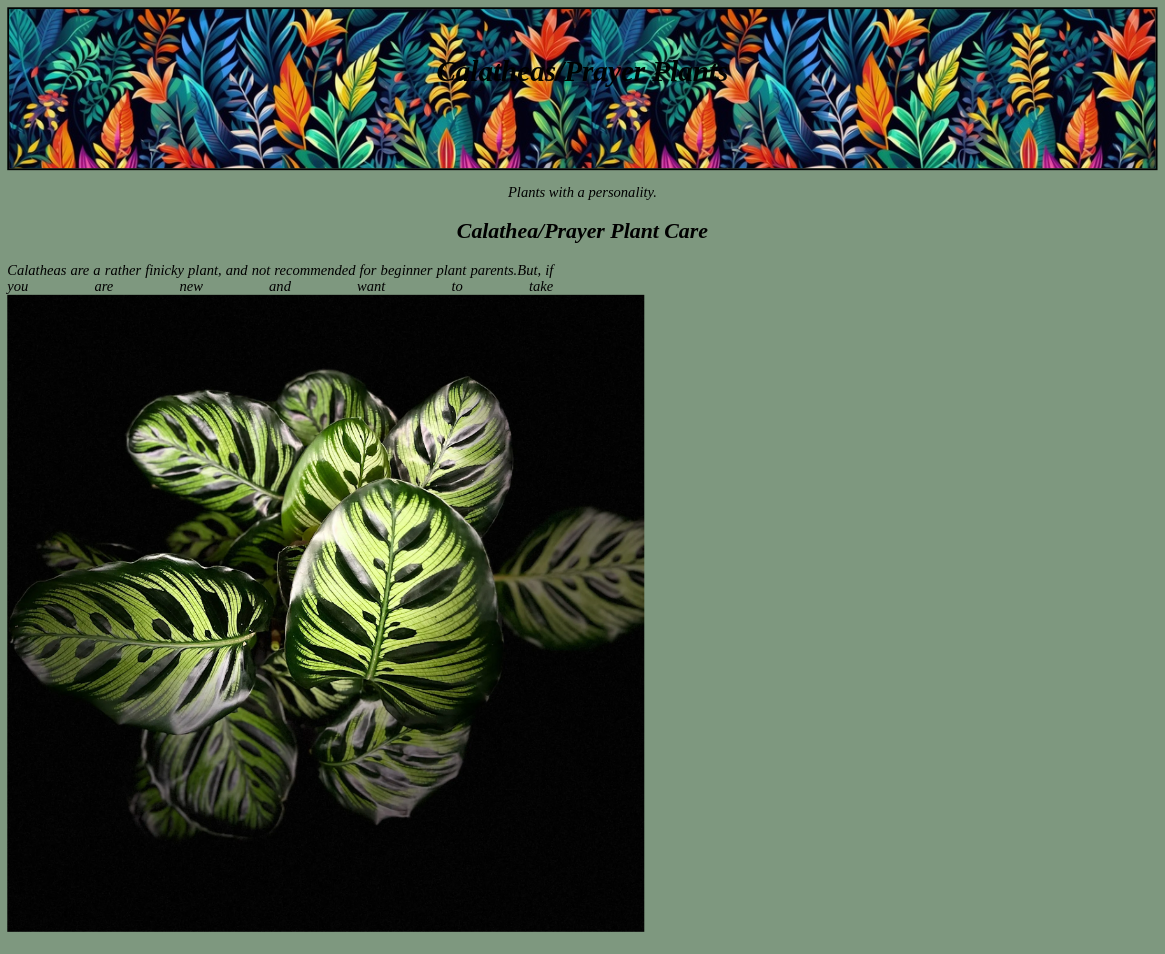
Repository: swillis91/odin-recipies
Page: Planty Page/calatheas.html
The author's editor kept a copy of each file at every save. The page is drawn from the files as they stood at one save, then again after the next save.
The browser window is 1280 px wide. The pictures show the whole page, at 91% of full size.

Above is the page before, as saved 2023-08-11 00:12:42.

After the next save:
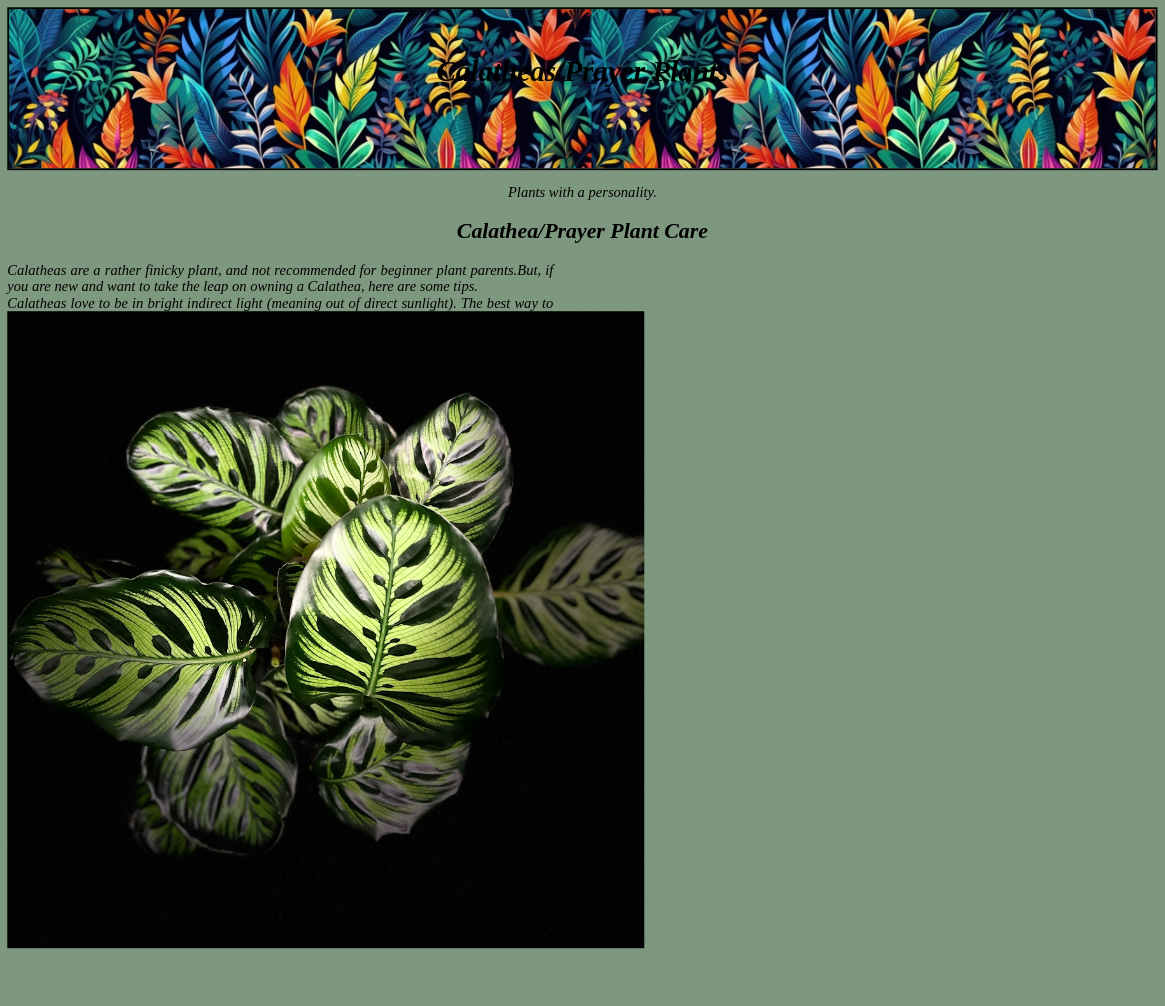
Saved 67 s later.
--- a/Planty Page/calatheas.html
+++ b/Planty Page/calatheas.html
@@ -8,7 +8,9 @@
             <h1 class="heading">Calatheas/Prayer Plants</h1>
               <p>Plants with a personality.</p>
             <h2>Calathea/Prayer Plant Care</h2>
-              <p class="care">Calatheas are a rather finicky plant, and not recommended for beginner plant parents.But, if you are new and want to take
+              <p class="care">Calatheas are a rather finicky plant, and not recommended for beginner plant parents.But, if you are new and want to take the leap on owning a Calathea, here are some tips.
+                <br>
+                Calatheas love to be in bright indirect light (meaning out of direct sunlight). The best way to
                 <img src="./Images/makoyana.webp" id="calathea makoyana" width="700px">
 
                 </tr>
